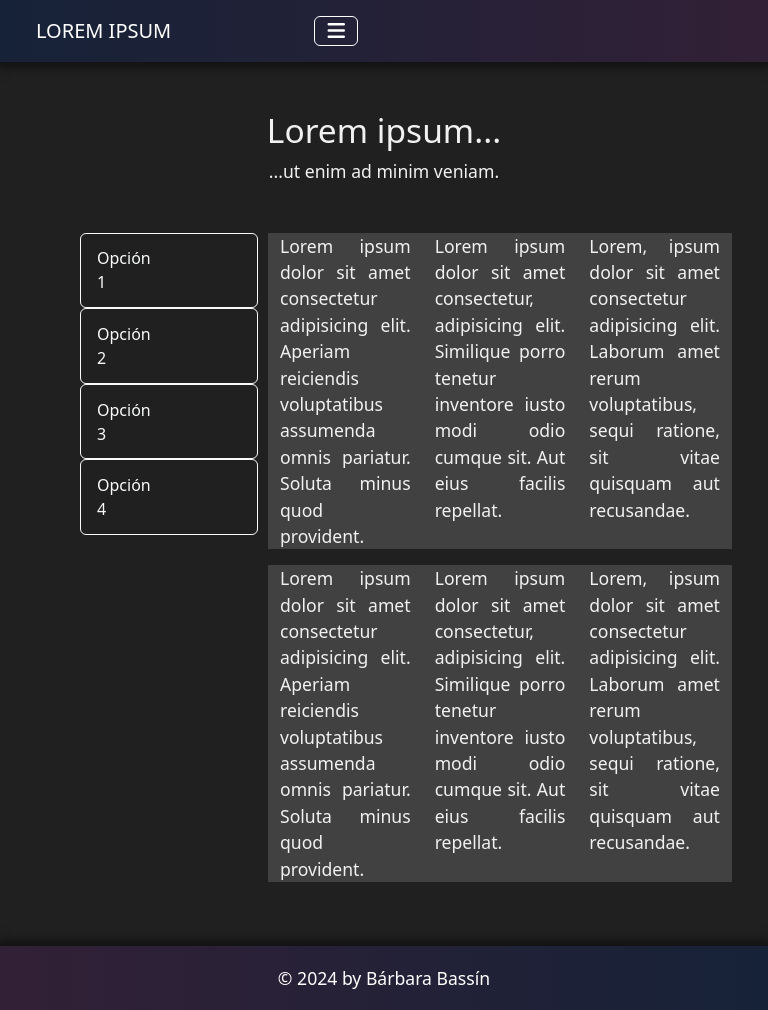
Repository: romancegirl/responsiveness
Page: index.html
An editor plug-in stored every save of this project. The page is shown before and after the next save, followed by the edit.
The browser window is 768 px wide. The pictures show the whole page.

Above is the page before, as saved 2024-11-30 01:47:24.

### index.html
<!DOCTYPE html>
<html lang="en">

<head>
    <meta charset="UTF-8">
    <meta name="viewport" content="width=device-width, initial-scale=1.0">
    <title>Responsiveness - Bárbara Bassín</title>
    <link href="https://cdn.jsdelivr.net/npm/bootstrap@5.3.0/dist/css/bootstrap.min.css" rel="stylesheet">
    <link rel="stylesheet" href="https://cdnjs.cloudflare.com/ajax/libs/font-awesome/6.0.0-beta3/css/all.min.css">
    <link rel="stylesheet" href="css/header-and-footer.css">
    <link rel="stylesheet" href="css/styles.css">
</head>

<body>
    <!-- Header -->
    <header class="py-2">
        <div class="container d-flex align-items-center justify-content-between" id="profile">
            <h5 class="m-0">LOREM IPSUM</h5>
            <nav class="navbar navbar-expand-lg">
                <button class="navbar-toggler" type="button" data-bs-toggle="collapse" data-bs-target="#navbarNav"
                    aria-controls="navbarNav" aria-expanded="false" aria-label="Toggle navigation">
                    <i class="fas fa-bars"></i>
                </button>
                <div class="collapse navbar-collapse" id="navbarNav">
                    <ul class="navbar-nav">
                        <li class="nav-item"><a class="nav-link">Dolor</a></li>
                        <li class="nav-item"><a class="nav-link">Sit</a></li>
                        <li class="nav-item"><a class="nav-link">Amet</a></li>
                        <li class="nav-item dropdown d-lg-none">
                            <a class="nav-link dropdown-toggle" href="#" id="dropdownMenuButton" role="button"
                                data-bs-toggle="dropdown" aria-expanded="false">
                                Opciones
                            </a>
                            <ul class="dropdown-menu" aria-labelledby="dropdownMenuButton">
                                <li><button type="button" class="dropdown-item">Opción 1</button></li>
                                <li><button type="button" class="dropdown-item">Opción 2</button></li>
                                <li><button type="button" class="dropdown-item">Opción 3</button></li>
                                <li><button type="button" class="dropdown-item">Opción 4</button></li>
                            </ul>
                        </li>
                        <li>
                            <div class="search-container">
                                <form action="/action_page.php">
                                    <div class="input-group">
                                        <input type="text" class="form-control" placeholder="Search..." name="search">
                                        <button type="submit" class="btn">
                                            <i class="fa fa-search"></i>
                                        </button>
                                    </div>
                                </form>
                            </div>
                        </li>
                    </ul>
                </div>
            </nav>
        </div>
    </header>

    <main class="containerMain my-5">
        <div>
            <h1>Lorem ipsum...</h1>
            <div id="textCarousel" class="carousel slide" data-bs-ride="carousel" data-bs-interval="2000">
                <div class="carousel-inner">
                    <div class="carousel-item active">
                        <p>...olor sit amet, consectetur adipiscing elit...</p>
                    </div>
                    <div class="carousel-item">
                        <p>...sed do eiusmod tempor incididunt ut labore...</p>
                    </div>
                    <div class="carousel-item">
                        <p>...ut enim ad minim veniam.</p>
                    </div>
                </div>
            </div>
        </div>

        <div class="containerMain inside">
            <div class="row">
                <div class="col-lg-3 col-md-4 col-12" id="options">
                    <ul>
                        <li><button type="button" class="btn btn-outline-light">Opción 1</button></li>
                        <li><button type="button" class="btn btn-outline-light">Opción 2</button></li>
                        <li><button type="button" class="btn btn-outline-light">Opción 3</button></li>
                        <li><button type="button" class="btn btn-outline-light">Opción 4</button></li>
                    </ul>
                </div>
                <div class="col-lg-9 col-md-8 col-12" id="paragraphs">
                    <div class="row">
                        <div class="col-6 col-md-4 paragraph">Lorem ipsum dolor sit amet consectetur adipisicing elit. Aperiam reiciendis voluptatibus assumenda omnis pariatur. Soluta minus quod provident.</div>
                        <div class="col-6 col-md-4 paragraph">Lorem ipsum dolor sit amet consectetur, adipisicing elit. Similique porro tenetur inventore iusto modi odio cumque sit. Aut eius facilis repellat.</div>
                        <div class="col-6 col-md-4 paragraph">Lorem, ipsum dolor sit amet consectetur adipisicing elit. Laborum amet rerum voluptatibus, sequi ratione, sit vitae quisquam aut recusandae.</div>
                        <div class="col-6 col-md-4 paragraph">Lorem ipsum dolor sit amet consectetur adipisicing elit. Aperiam reiciendis voluptatibus assumenda omnis pariatur. Soluta minus quod provident.</div>
                        <div class="col-6 col-md-4 paragraph">Lorem ipsum dolor sit amet consectetur, adipisicing elit. Similique porro tenetur inventore iusto modi odio cumque sit. Aut eius facilis repellat.</div>
                        <div class="col-6 col-md-4 paragraph">Lorem, ipsum dolor sit amet consectetur adipisicing elit. Laborum amet rerum voluptatibus, sequi ratione, sit vitae quisquam aut recusandae.</div>
                    </div>
                </div>
            </div>
        </div>
    </main>


    <!-- Footer -->
    <footer class="bg-dark text-center py-2">
        <div>&copy; 2024 by Bárbara Bassín</div>
    </footer>
    <script src="js/script.js"></script>
    <script src="https://cdn.jsdelivr.net/npm/bootstrap@5.3.0/dist/js/bootstrap.bundle.min.js"></script>
</body>

</html>

### css/header-and-footer.css
header {
    background: linear-gradient(to right, #162238, #322036);
    color: #fff;
    position: relative;
    box-shadow: 0 0 10px 5px rgba(0, 0, 0, 0.5);
}

main {
    min-height: 70vh;
    padding-bottom: 1rem;
    box-sizing: border-box;
}

a.nav-link {
    color: #f1f1f1;
}

a.nav-link:hover {
    color: #f6c7de;
    transition: color 0.3s, text-shadow 0.3s;
    transform: scale(1.05);
}

.search-container {
    display: flex;
    justify-content: center;
    align-items: center;
    position: relative;
}

.input-group .form-control {
    padding-right: 2.5rem;
    font-size: 17px;
    border: 0.2rem solid #d98fe9;
}

.input-group .btn {
    position: absolute;
    right: 1rem;
    top: 50%;
    transform: translateY(-50%);
    background-color: transparent;
    border: none;
    padding: 0;
    cursor: pointer;
}

.input-group .btn .fa-search {
    color: #d98fe9;
    font-size: 1.2rem;
}

.navbar-nav .nav-item {
    margin: 0 3rem 0 3rem;
}


/* navbar-toggle */

.navbar-toggler {
    border-color: #fff;
}

.navbar-toggler .fas {
    color: #fff;
    /* Cambia el color del ícono */
}

.navbar-collapse {
    justify-content: flex-end;
}

.navbar-toggler:hover {
    cursor: pointer;
}

.navbar-toggler:focus {
    outline: none;
    box-shadow: none;
}

@media (max-width: 995px) {

    .nav-item.dropdown::marker {
        content: none;
    }


    .navbar-collapse {
        display: none;
        position: absolute;
        top: 119%;
        left: -190px;
        width: 100%;
        z-index: 999;
        flex-direction: column-reverse;
        align-items: center;
    }

    .navbar-collapse.show {
        display: flex;
    }

    .navbar {
        width: 60%;
    }

    .navbar-nav {
        background: linear-gradient(to right, #162238fd, #322036fd);
        color: #fff;
        padding: 1.5rem;
        border-radius: 0 0 50px 50px;
        font-weight: bold;
        text-align: center;
        box-shadow: 0 0 10px 5px rgba(0, 0, 0, 0.5);

    }

    .navbar-nav:hover {
        cursor: pointer;

    }

    a.nav-link:hover {
        color: #f6c7de;
        transition: color 0.3s, text-shadow 0.3s;
        transform: scale(1.05);
    }

    .navbar-nav .nav-item {
        margin: 10px 0;
    }

    .navbar a {
        float: none;
        display: block;
        text-align: center;
        width: 100%;
        margin: 0;
        padding: 0.5rem;
    }

    .navbar .search-container {
        float: none;
    }

    .navbar .search-container button {
        align-items: right;
    }

    .navbar input[type=text] {
        border-radius: 0.2rem;
        border: 0.2rem solid #d98fe9;
    }

}


@media (max-width: 768px) {

    .navbar-collapse {
        display: none;
        position: absolute;
        top: 119%;
        left: -140px;
        width: 100%;
        z-index: 999;
        flex-direction: column-reverse;
        align-items: center;
    }

    .btn-outline-light {
        width: 100%;

    }
}


footer {
    background: linear-gradient(to right, #322036, #162238);
    color: #fff;
    bottom: 0;
    min-height: 4rem;
    display: flex;
    justify-content: center;
    align-items: center;
    box-shadow: 0 0 10px 5px rgba(0, 0, 0, 0.5);
}

### css/styles.css
body {
    background-color: #202020;
    color: #f1f1f1;
    font-size: 110%;
}


h1 {
    text-align: center;
}


h5 {
    margin: 0;
}

.containerMain {
    padding: 0;
    margin: 0 1.5rem 0 1.5rem;
}

/* General */

#textCarousel {
    width: 40rem;
    margin: auto;
}

p {
    text-align: center;
}

.row {
    text-align: justify;
}

.paragraph {
margin-bottom: 1rem;
background-color: #414141;
}

.inside {
    margin-top: 2rem;
}

.btn-outline-light {
    padding: 0.8rem 10rem 0.8rem 1rem;
}

li {
    list-style: none;
}

/* Responsiveness */


@media screen and (max-width: 1400px) {

    .title-large,
    .title-x-small {
        display: none;
    }

    .title-small {
        display: block;
    }
}

@media screen and (max-width: 768px) {


    #textCarousel {
        max-width: 90%; /* Usa un tamaño relativo en lugar de fijo */
    }
}

### js/script.js
document.addEventListener('click', function(event) {
    var navbar = document.querySelector('.navbar-collapse');
    var toggler = document.querySelector('.navbar-toggler');

    // Si el menú está abierto y se hace clic fuera de él, lo cierra
    if (navbar.classList.contains('show') && !navbar.contains(event.target) && !toggler.contains(event.target)) {
        var bsCollapse = new bootstrap.Collapse(navbar, {
            toggle: false
        });
        bsCollapse.hide();
    }
});

After the next save:
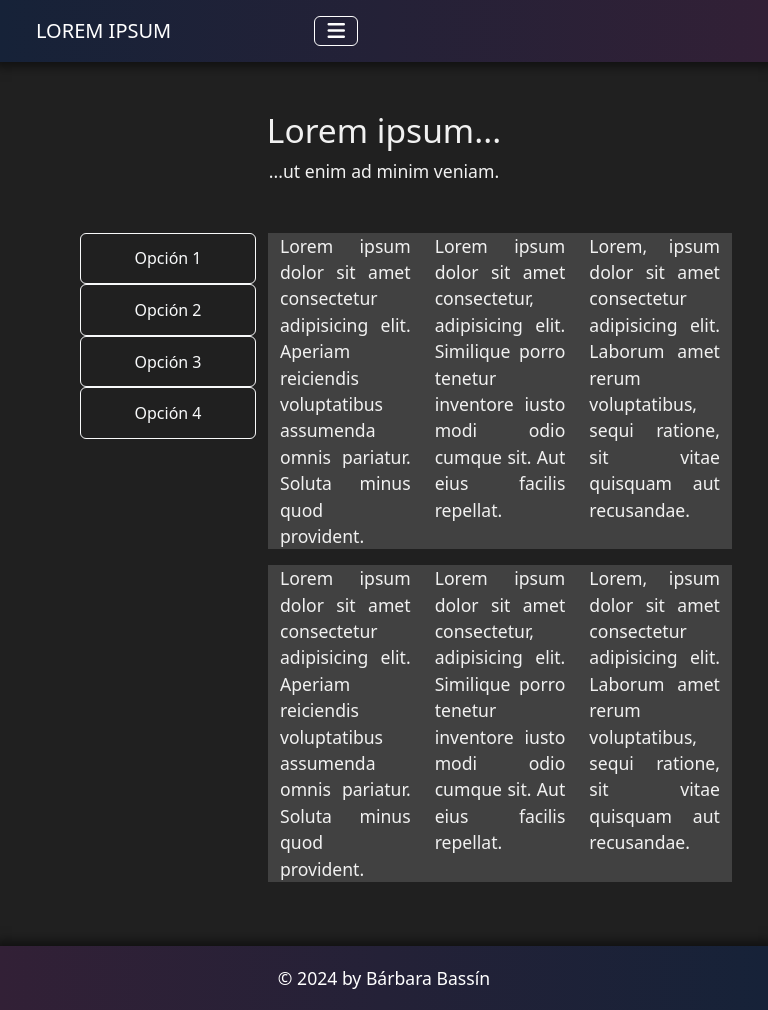
Saved 44 s later.
--- a/css/styles.css
+++ b/css/styles.css
@@ -4,11 +4,9 @@
     font-size: 110%;
 }
 
-
 h1 {
     text-align: center;
 }
-
 
 h5 {
     margin: 0;
@@ -19,10 +17,8 @@
     margin: 0 1.5rem 0 1.5rem;
 }
 
-/* General */
-
 #textCarousel {
-    width: 40rem;
+    width: 100%;
     margin: auto;
 }
 
@@ -35,8 +31,8 @@
 }
 
 .paragraph {
-margin-bottom: 1rem;
-background-color: #414141;
+    margin-bottom: 1rem;
+    background-color: #414141;
 }
 
 .inside {
@@ -44,32 +40,20 @@
 }
 
 .btn-outline-light {
-    padding: 0.8rem 10rem 0.8rem 1rem;
+    padding: 0.8rem 2rem; /* Cambié el padding para que los botones no sean tan anchos */
 }
 
 li {
     list-style: none;
 }
 
-/* Responsiveness */
-
-
-@media screen and (max-width: 1400px) {
-
-    .title-large,
-    .title-x-small {
-        display: none;
+/* Responsividad para pantallas pequeñas */
+@media screen and (max-width: 768px) {
+    .btn-outline-light {
+        width: 100%; /* Los botones deben ocupar todo el ancho disponible */
     }
 
-    .title-small {
-        display: block;
+    #textCarousel {
+        max-width: 100%;
     }
 }
-
-@media screen and (max-width: 768px) {
-
-
-    #textCarousel {
-        max-width: 90%; /* Usa un tamaño relativo en lugar de fijo */
-    }
-}

After the save that followed:
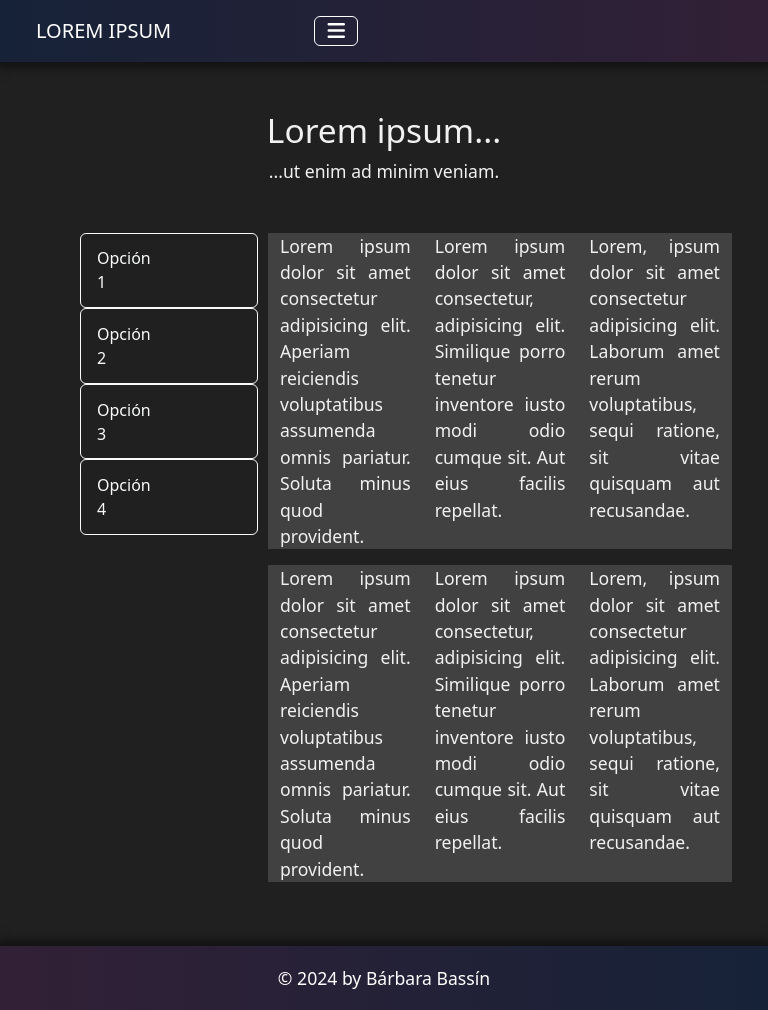
Saved 38 s later.
--- a/css/styles.css
+++ b/css/styles.css
@@ -4,9 +4,11 @@
     font-size: 110%;
 }
 
+
 h1 {
     text-align: center;
 }
+
 
 h5 {
     margin: 0;
@@ -17,8 +19,10 @@
     margin: 0 1.5rem 0 1.5rem;
 }
 
+/* General */
+
 #textCarousel {
-    width: 100%;
+    width: 40rem;
     margin: auto;
 }
 
@@ -31,8 +35,8 @@
 }
 
 .paragraph {
-    margin-bottom: 1rem;
-    background-color: #414141;
+margin-bottom: 1rem;
+background-color: #414141;
 }
 
 .inside {
@@ -40,20 +44,32 @@
 }
 
 .btn-outline-light {
-    padding: 0.8rem 2rem; /* Cambié el padding para que los botones no sean tan anchos */
+    padding: 0.8rem 10rem 0.8rem 1rem;
 }
 
 li {
     list-style: none;
 }
 
-/* Responsividad para pantallas pequeñas */
-@media screen and (max-width: 768px) {
-    .btn-outline-light {
-        width: 100%; /* Los botones deben ocupar todo el ancho disponible */
+/* Responsiveness */
+
+
+@media screen and (max-width: 1400px) {
+
+    .title-large,
+    .title-x-small {
+        display: none;
     }
 
-    #textCarousel {
-        max-width: 100%;
+    .title-small {
+        display: block;
     }
 }
+
+@media screen and (max-width: 768px) {
+
+
+    #textCarousel {
+        max-width: 90%; /* Usa un tamaño relativo en lugar de fijo */
+    }
+}
